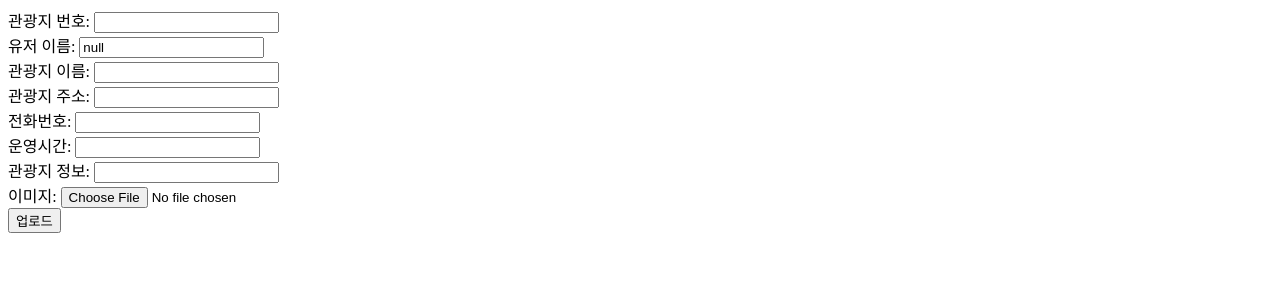
Repository: ExiNni/Travel-Project
Page: http://localhost/project_login/myPage/input_tour_info.jsp
An editor plug-in stored every save of this project. The page is shown before and after the next save, followed by the edit.
The browser window is 1280 px wide. The pictures show the whole page.
The page is served by Tomcat 9. Other server files are loaded and not shown.

Above is the page before, as saved 2023-11-14 07:31:46.

### project_login/src/main/webapp/myPage/input_tour_info.jsp
<%@ page language="java" contentType="text/html; charset=EUC-KR"
	pageEncoding="EUC-KR"%>
<%@ page import="java.io.InputStream"%>
<%@ page import="java.text.SimpleDateFormat"%>
<%@ page import="java.util.Date"%>
<%@ page import="java.sql.Blob"%>
<!DOCTYPE html>
<html>
<head>
<meta charset="EUC-KR">
<title>Insert title here</title>
</head>
<body>
	<form action="LoginServlet" method="post" enctype="multipart/form-data">
		<input type="hidden" name="action" value="insertTour">
		 <label for="tour_id">관광지 번호: </label>
			<input type="text" name="TOUR_ID"
			id="tour_id" required> <br>
			<label for="user_id">유저 이름: </label>
			<input type="text" name="USER_ID" id="user_id" value="<%=session.getAttribute("user_id")%>" required> <br>
			<label for="tour_name">관광지 이름: </label>
		 <input type="text" name="TOUR_NAME" id="tour_name" required> <br>
			 <label for="tour_location">관광지 주소: </label>
			 <input type="text" name="TOUR_LOCATION" id="tour_location" required> <br>
			 <label for="tour_phone">전화번호: </label>
			 <input type="text" name="TOUR_PHONE" id="tour_phone" required> <br>

			 <label for="tour_time">운영시간: </label>
		 <input type="text" name="TOUR_TIME" id="tour_time" required>
		<br> <label for="tour_comment">관광지 정보: </label> <input
			type="text" name="TOUR_COMMENT" id="tour_comment" required> <br>

		<label for="TOUR_IMG">이미지: </label> <input type="file" name="TOUR_IMG"
			id="TOUR_IMG" required> <br>

		<button type="submit">업로드</button>
	</form>
</body>
</html>

After the next save:
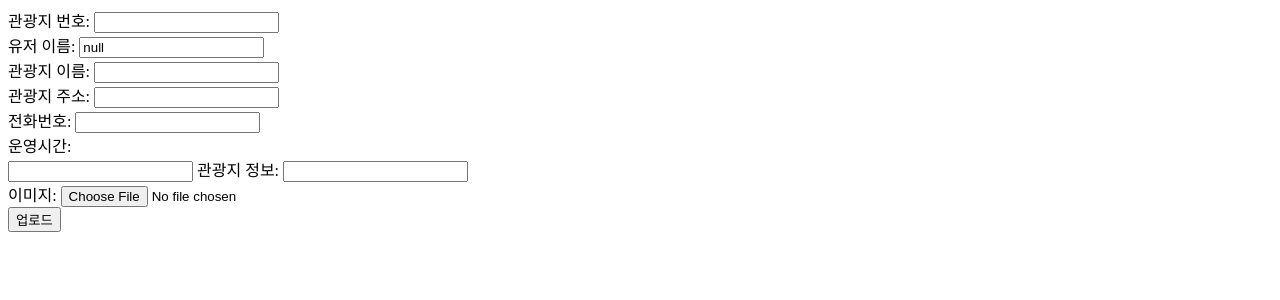
Saved 5 s later.
--- a/project_login/src/main/webapp/myPage/input_tour_info.jsp
+++ b/project_login/src/main/webapp/myPage/input_tour_info.jsp
@@ -25,9 +25,9 @@
 			 <label for="tour_phone">전화번호: </label>
 			 <input type="text" name="TOUR_PHONE" id="tour_phone" required> <br>
 
-			 <label for="tour_time">운영시간: </label>
+			 <label for="tour_time">운영시간: </label><br>
 		 <input type="text" name="TOUR_TIME" id="tour_time" required>
-		<br> <label for="tour_comment">관광지 정보: </label> <input
+		 <label for="tour_comment">관광지 정보: </label> <input
 			type="text" name="TOUR_COMMENT" id="tour_comment" required> <br>
 
 		<label for="TOUR_IMG">이미지: </label> <input type="file" name="TOUR_IMG"
